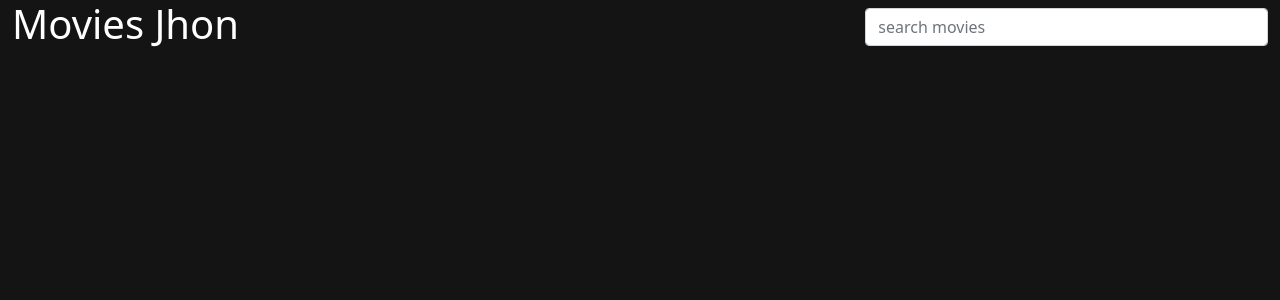
Repository: jhonenmanuel1/movies-get-info-fetch
Page: /
The author's editor kept a copy of each file at every save. The page is drawn from the files as they stood at one save, then again after the next save.
The browser window is 1280 px wide. The pictures show the whole page.
The page's requests for data from a server got no answer. The project was rebuilt for these pictures with package versions that can differ from the ones it lists, and the page was loaded fresh each time. No one was signed in, and anything a server would have sent is missing.

Above is the page before, as saved 2022-06-19 21:47:04.

### src/App.js
import React, { useCallback, useEffect, useState } from "react";
import "bootstrap/dist/css/bootstrap.min.css";
import'./App.css';
import MovieList from "./components/MoviesList";
import MovieListHeading from "./components/MovieListHeading";
import SearchBox from "./components/SearchBox";

const App = () => {
  const [movies, setMovies] = useState([]);
  const [search, setSearch] = useState('');

  const getMovies = async () => {
    const url = `http://www.omdbapi.com/?s=$ari&apikey=263d22d8`;
    const response = await  fetch(url);
    const responseJson = await response.json();
    console.log(responseJson);
    setMovies(responseJson.Search);

  }
 useEffect(()=>{
    getMovies();
 }, []);
  return (
    <>

      <div className="container-fluid movie-app">
      <div className="row">
        <MovieListHeading heading="Movies Jhon"/>
        <SearchBox/>
      <div>

      </div>

      </div>
        <div className="list ">
        <MovieList movies={movies}/>

        </div>

      </div>
    </>
  );
};

export default App;

### src/App.css
body {
    background:#141414 ;
    color:#ffff
}
.movie-app{

}

.movie-app > .list {
    display: flex;
    overflow-x:  scroll;
    flex-wrap: nowrap;


}

### src/components/MoviesList.js
import React from "react";



export default function MovieList (props){
    return(
        <>
            {props.movies.map((movie, index)=><div className="d-flec justify-content-start m-3">
                <img key={index}src={movie?.Poster} alt="See Movies Poster"></img>
            </div>)}
        </>
    )
}

### src/components/MovieListHeading.js
import React from "react";

export default function MovieListHeading(props) {
  return (
    <>
      <di className="col">
        <h1>{props.heading}</h1>

      </di>
    </>
  );
}

### src/components/searchbox.js
import React from "react";

export default function SearchBox() {
  return (
    <div className="col col-sm-4 mt-2">
      <input className="form-control" placeholder="search movies"></input>
    </div>
  );
}

Loaded but not shown: public/index.html (common file); src/index.js (common file)

After the next save:
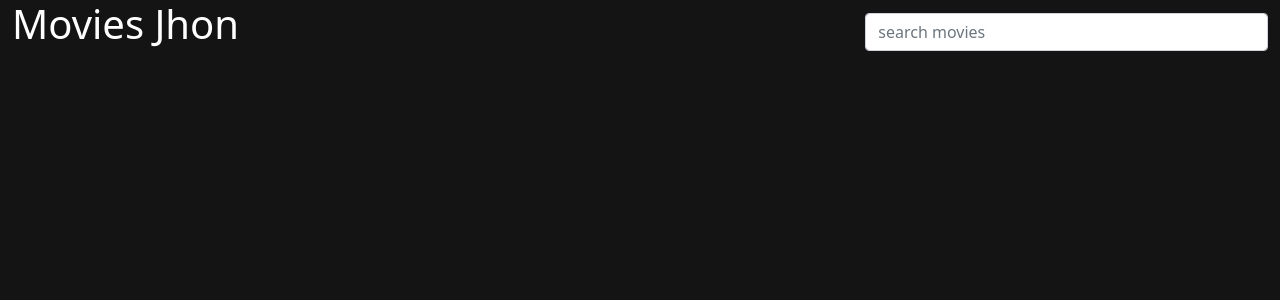
Saved 11 min 32 s later.
--- a/src/App.js
+++ b/src/App.js
@@ -24,7 +24,7 @@ const App = () => {
     <>
 
       <div className="container-fluid movie-app">
-      <div className="row">
+      <div className="row d-flex align-items-center" >
         <MovieListHeading heading="Movies Jhon"/>
         <SearchBox/>
       <div>
